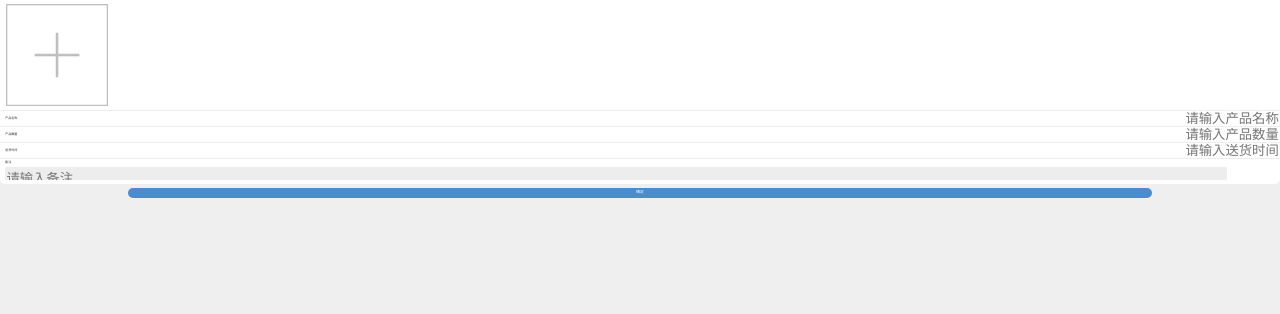
Repository: missing-star/produce
Page: Cbuyer.html
These files come from the project's save history. The page is drawn as it stood at one moment and after the next save; the edit follows.
The browser window is 1280 px wide. The pictures show the whole page.

Above is the page before, as saved 2019-05-20 15:30:40.

After the next save:
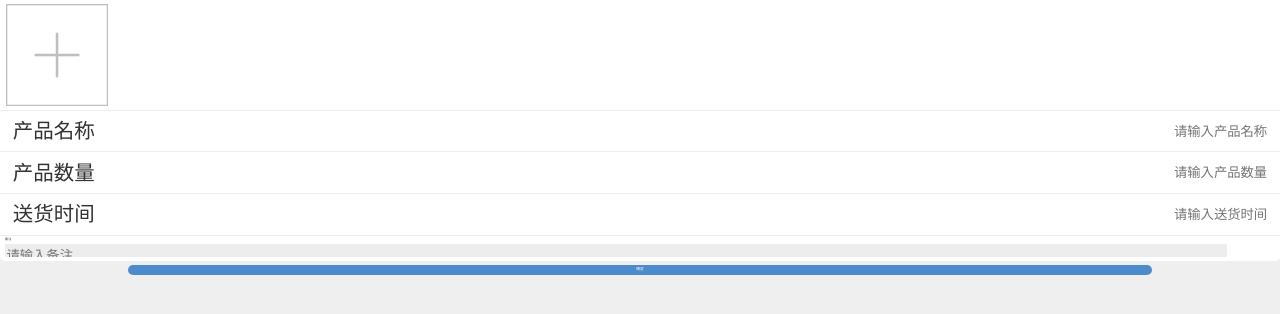
Saved 39 s later.
--- a/css/Cbuyer.css
+++ b/css/Cbuyer.css
@@ -15,12 +15,12 @@
 }
 
 .buyer_uu li {
-    font-size: 0.12rem;
+    font-size: 0.8rem;
     border-top: 1px solid #EDEDED;
     display: flex;
     align-items: center;
     justify-content: space-between;
-    padding: 0 0.05rem 0 0.2rem;
+    padding: 0.5rem;
     line-height: 0.4rem;
     color: #333333;
 }
